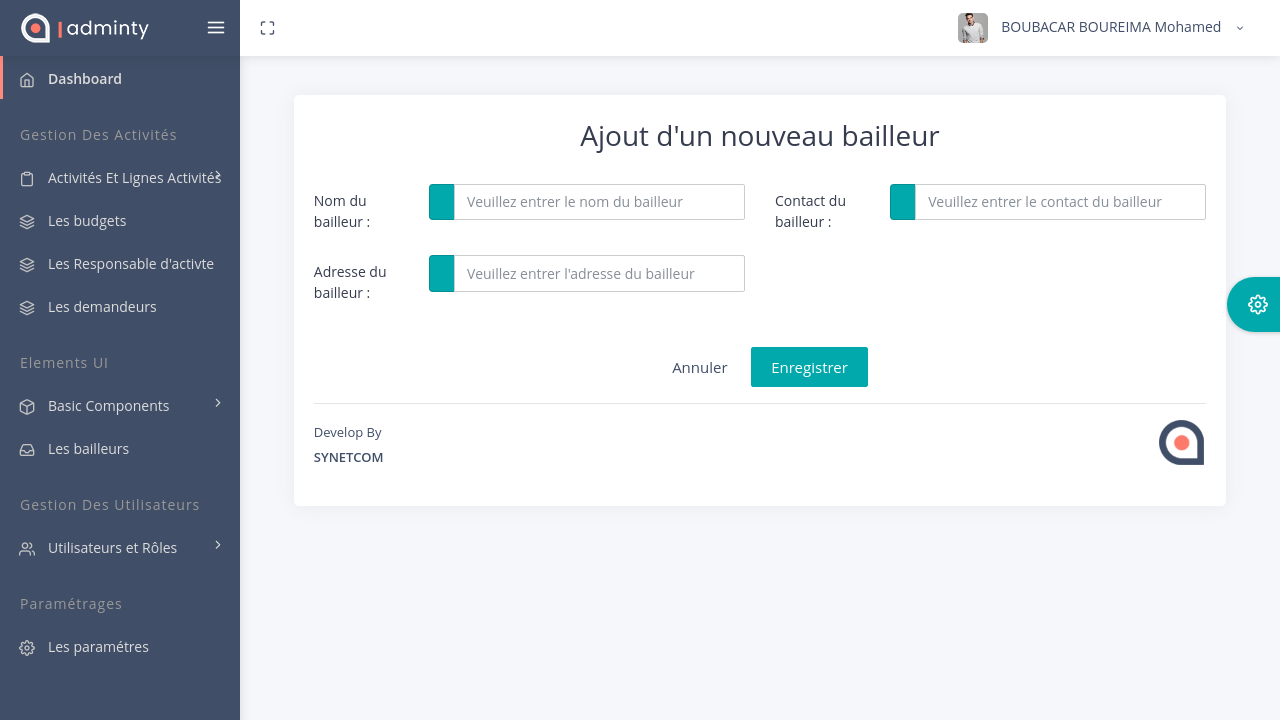
Repository: boubacarboureimamohamed/Gestion-Des-Activites
Page: http://localhost/bailleurs/create
These files come from the project's save history. The page is drawn as it stood at one moment and after a run of saves; the edit follows.
The browser window is 1280 px wide. The pictures show the whole page.
The page is served by the project's Laravel application, run on PHP 8.4 with Laravel 8. Other server files are loaded and not shown.

Above is the page before, as saved 2020-10-15 09:46:07.
Console error: TypeError: Cannot read properties of null (reading 'getContext')

### routes/web.php
<?php

use Illuminate\Support\Facades\Route;

/*
|--------------------------------------------------------------------------
| Web Routes
|--------------------------------------------------------------------------
|
| Here is where you can register web routes for your application. These
| routes are loaded by the RouteServiceProvider within a group which
| contains the "web" middleware group. Now create something great!
|
*/

Route::get('/', function () {
    return view('welcome');
});


Route::get('/home', 'HomeController@index')->name('home');

Route::resource('bailleurs', 'BailleursController');

Route::resource('activites', 'ActivitesController');

Route::resource('demandeurs', 'DemandeursController');

Route::resource('ligne_activites', 'LigneActiviteController');

Route::resource('budgets', 'BudgetsController');

Route::resource('responsable_activites', 'ResponsablesActivite');

Route::put('update_demandeur/{demandeur}', 'DemandeursController@modifier_demandeur')->name('modifierdemandeur');

Auth::routes();

Route::group(['middleware' => ['auth', 'verifier']], function() { });

### app/Http/Controllers/BailleursController.php
<?php

namespace App\Http\Controllers;

use App\Models\Bailleur;
use Illuminate\Http\Request;

class BailleursController extends Controller
{
    /**
     * Display a listing of the resource.
     *
     * @return \Illuminate\Http\Response
     */
    public function index()
    {
        $bailleurs = Bailleur::all();
        return view('bailleurs.index', compact('bailleurs'));
    }

    /**
     * Show the form for creating a new resource.
     *
     * @return \Illuminate\Http\Response
     */
    public function create()
    {
        return view('bailleurs.create');
    }

    /**
     * Store a newly created resource in storage.
     *
     * @param  \Illuminate\Http\Request  $request
     * @return \Illuminate\Http\Response
     */
    public function store(Request $request)
    {

        //dd($request->all());
        $this->validate($request, [

            'nom_bailleur'=>'required',
            'adresse_bailleur'=>'required',
            'contact_bailleur'=>'required'

        ]);


        $bailleur  = Bailleur::create([

            'nom_bailleur'=>$request->nom_bailleur,
            'adresse_bailleur'=>$request->adresse_bailleur,
            'contact_bailleur'=>$request->contact_bailleur

        ]);

        return redirect(route('bailleurs.index'))->with('success', 'L\'enregistrement a été effetué avec succés');

    }

    /**
     * Display the specified resource.
     *
     * @param  int  $id
     * @return \Illuminate\Http\Response
     */
    public function show($id)
    {
        //
    }

    /**
     * Show the form for editing the specified resource.
     *
     * @param  int  $id
     * @return \Illuminate\Http\Response
     */
    public function edit($id)
    {
        $bailleur = Bailleur::find($id);
        return view('bailleurs.edit', compact('bailleur'));
    }

    /**
     * Update the specified resource in storage.
     *
     * @param  \Illuminate\Http\Request  $request
     * @param  int  $id
     * @return \Illuminate\Http\Response
     */
    public function update(Request $request, $id)
    {
        //dd($request->all());
        $this->validate($request, [

            'nom_bailleur'=>'required',
            'adresse_bailleur'=>'required',
            'contact_bailleur'=>'required'

        ]);

        $bailleur = Bailleur::find($id);

        $bailleur->update([

            'nom_bailleur'=>$request->nom_bailleur,
            'adresse_bailleur'=>$request->adresse_bailleur,
            'contact_bailleur'=>$request->contact_bailleur

        ]);

        return redirect(route('bailleurs.index'))->with('success', 'La modification a été effetué avec succés');
    }
    /**
     * Remove the specified resource from storage.
     *
     * @param  int  $id
     * @return \Illuminate\Http\Response
     */
    public function destroy($id)
    {
        Bailleur::destroy($id);
        return redirect(route('bailleurs.index'))->with('success', 'La suppression a été effetué avec succés');
    }
}

### resources/views/bailleurs/create.blade.php
@extends('layouts.adminty')

@section('content')
<div class="container">
    <div class="row">
        <div class="col-lg-12">
            <!-- Date card start -->
            <div class="card">
                <div class="card-header"  style="text-align: center;">
                    <h3>Ajout d'un nouveau bailleur</h3>
                </div>
                <div class="card-block">
                    <form method="POST" action="{{ route('bailleurs.store') }}">
                        @csrf
                        <div class="row">
                            <div class="col-sm-6">
                                <div class="row">
                                    <div class="col-sm-12">
                                        <div class="row form-group">
                                            <div class="col-sm-3">
                                                <label class="col-form-label">Nom du bailleur : </label>
                                            </div>
                                            <div class="col-sm-9 input-group">
                                                <span class="input-group-addon" id="basic-addon7"></span>
                                                <input type="text" value="{{ old('nom_bailleur') }}" name="nom_bailleur" class="form-control" placeholder="Veuillez entrer le nom du bailleur">
                                            </div>
                                        </div>
                                        <div class="row form-group">
                                            <div class="col-sm-3">
                                                <label class="col-form-label">Adresse du bailleur :</label>
                                            </div>
                                            <div class="col-sm-9 input-group">
                                                <span class="input-group-addon" id="basic-addon7"></span>
                                                <input type="text" name="adresse_bailleur" value="{{ old('adresse_bailleur') }}" class="form-control" placeholder="Veuillez entrer l'adresse du bailleur">

                                            </div>
                                        </div>
                                    </div>
                                </div>
                            </div>
                            <div class="col-sm-6">
                                <div class="row">
                                    <div class="col-sm-12">
                                        <div class="row form-group">
                                            <div class="col-sm-3">
                                                <label class="col-form-label">Contact du bailleur :</label>
                                            </div>
                                            <div class="col-sm-9 input-group">
                                                <span class="input-group-addon" id="basic-addon7"></span>
                                                <input type="text" name="contact_bailleur" class="form-control @error('contact_bailleur') is-invalid @enderror" placeholder="Veuillez entrer le contact du bailleur">
                                                @error('contact_bailleur')
                                                    <div class="alert alert-danger">{{ $message }}</div>
                                                @enderror
                                            </div>
                                        </div>
                                    </div>
                                </div>
                            </div>
                        </div>
                        <div class="row m-t-20">
                            <div class="col-md-1">

                            </div>
                            <div class="col-md-10" style="text-align: center;">
                               <a href="{{ route('bailleurs.index') }}" class="btn btn-default">
                                     {{ ('Annuler') }}
                               </a>
                                <button type="submit" class="btn btn-primary">
                                     {{ ('Enregistrer') }}
                                </button>
                            </div>
                            <div class="col-md-1">

                            </div>
                       </div>
                        <hr>
                        <div class="row">
                            <div class="col-md-11">
                                <p class="text-inverse text-left m-b-0">Develop By </p>
                                <p class="text-inverse text-left"><a href="#"><b class="f-w-600"> SYNETCOM </b></a></p>
                            </div>
                            <div class="col-md-1">
                                <img src="{{ asset('assets/images/auth/Logo-small-bottom.png') }}" alt="small-logo.png">
                            </div>
                        </div>
                    </form>
                </div>
            </div>
            <!-- Date card end -->
        </div>
    </div>
</div>
@endsection

### resources/views/flash-message.blade.php

<script>

$(document).ready(function(){

	@if (Session::has('critique'))
	$.toast({
		heading: 'Avertissement',
		text : ('{{ Session::get("critique") }}', 'Un groupe sanguin a atteint le seuil minimal! @can('sms_alerte') <a href="{{ route('seuilsms.index') }}">Envoyer le message d\'alerte</a> @endcan'),
		icon: 'warning',
		position : 'top-right',
		hideAfter: 10000000000000000,
		bgColor: '#DFAF2C',
		textcolor: 'black'
		})

	@endif

	@if (Session::has('success'))
	swal('Succés!', '{{Session::get("success")}}', 'success')
	@endif

	@if (Session::has('erreur'))
	swal('erreur', '{{Session::get("erreur")}}', 'erreur')
	@endif

	@if (Session::has('error'))
	swal('Erreur', '{{Session::get("error")}}', 'error')
	@endif


	@if ($errors->any())
	swal('Erreur!', `@foreach($errors->all() as $error) {{ $error . "\n" }} @endforeach`, 'error')

	@endif


});

</script>

Loaded but not shown: app/Http/Controllers/Auth/LoginController.php (common file); app/Http/Controllers/Controller.php (common file); app/Http/Controllers/Auth/ConfirmPasswordController.php (common file); public/bower_components/bootstrap/css/bootstrap.min.css (library); public/bower_components/sweetalert/css/sweetalert.css (library); public/assets/css/style.css (library); public/assets/css/jquery.mCustomScrollbar.css (library); public/bower_components/jquery/js/jquery.min.js (library); public/bower_components/jquery-ui/js/jquery-ui.min.js (library); public/bower_components/popper.js/js/popper.min.js (library); public/bower_components/bootstrap/js/bootstrap.min.js (library); public/assets/pages/widget/amchart/amcharts.js (library); public/assets/pages/widget/amchart/serial.js (library); public/assets/js/jquery.mCustomScrollbar.concat.min.js (library); public/assets/js/pcoded.min.js (library); public/bower_components/sweetalert/js/sweetalert.min.js (library); public/assets/js/vartical-layout.min.js (library); public/assets/js/script.min.js (library); public/assets/js/SmoothScroll.js (721 lines, source omitted); public/assets/pages/dashboard/custom-dashboard.js (453 lines, source omitted); public/assets/pages/widget/amchart/light.js (1 lines, source omitted); resources/views/layouts/adminty.blade.php (295 lines, source omitted); public/assets/icon/feather/css/feather.css (508 lines, source omitted)

After the next 2 saves:
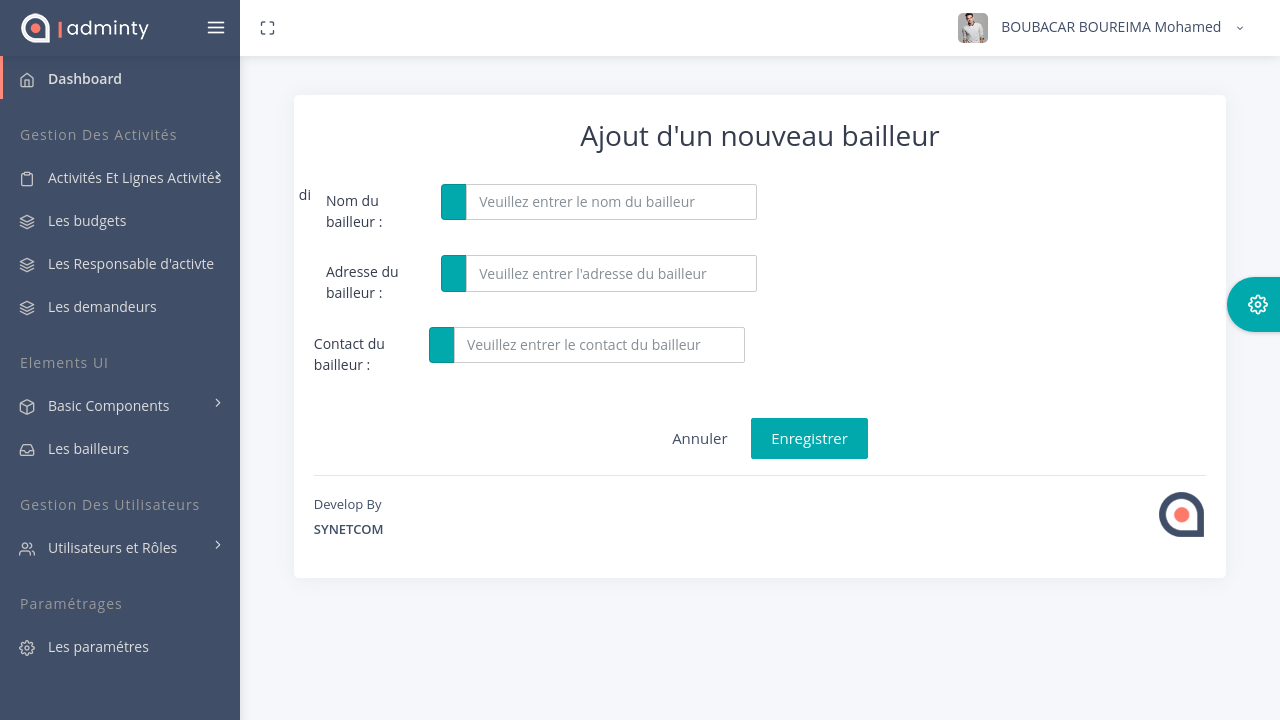
The 2 saves are shown as one change because they came seconds apart.
The last was saved 12 min 56 s later.
--- a/resources/views/bailleurs/create.blade.php
+++ b/resources/views/bailleurs/create.blade.php
@@ -13,6 +13,7 @@
                     <form method="POST" action="{{ route('bailleurs.store') }}">
                         @csrf
                         <div class="row">
+                        di
                             <div class="col-sm-6">
                                 <div class="row">
                                     <div class="col-sm-12">

After the 3 saves that followed:
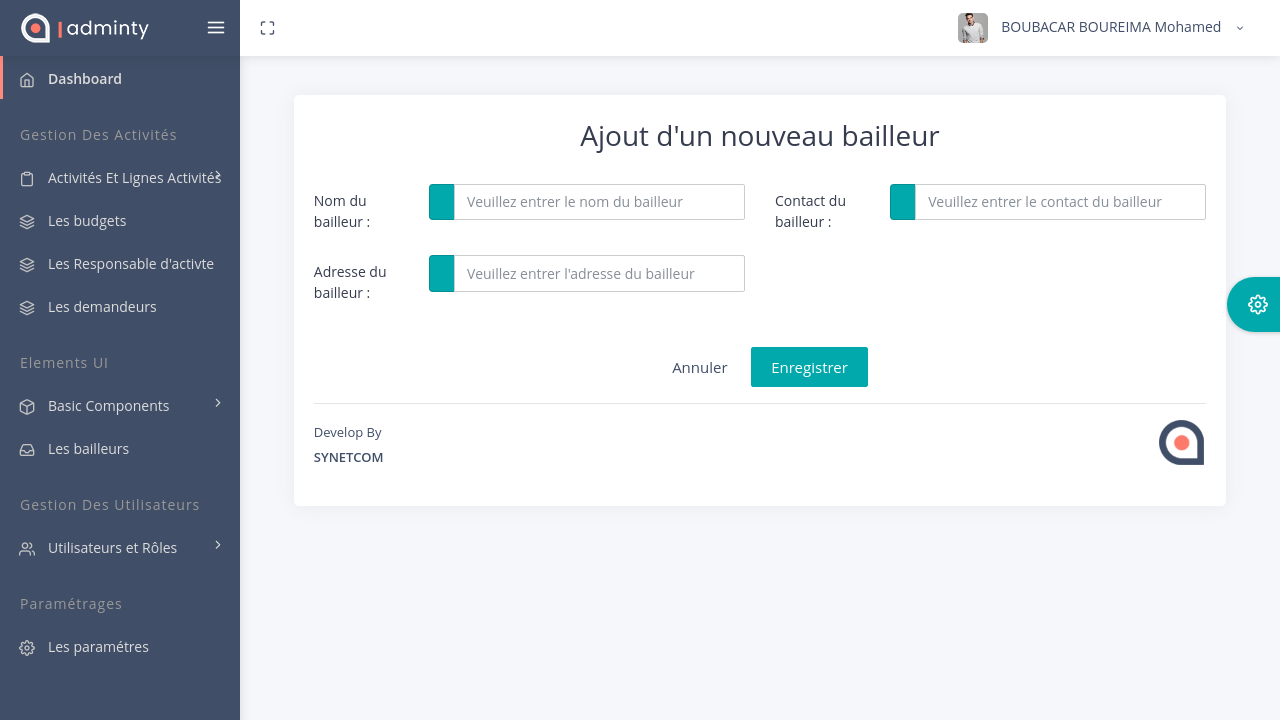
The 3 saves are shown as one change because they came seconds apart.
The last was saved 12 s later.
--- a/resources/views/bailleurs/create.blade.php
+++ b/resources/views/bailleurs/create.blade.php
@@ -13,7 +13,6 @@
                     <form method="POST" action="{{ route('bailleurs.store') }}">
                         @csrf
                         <div class="row">
-                        di
                             <div class="col-sm-6">
                                 <div class="row">
                                     <div class="col-sm-12">
